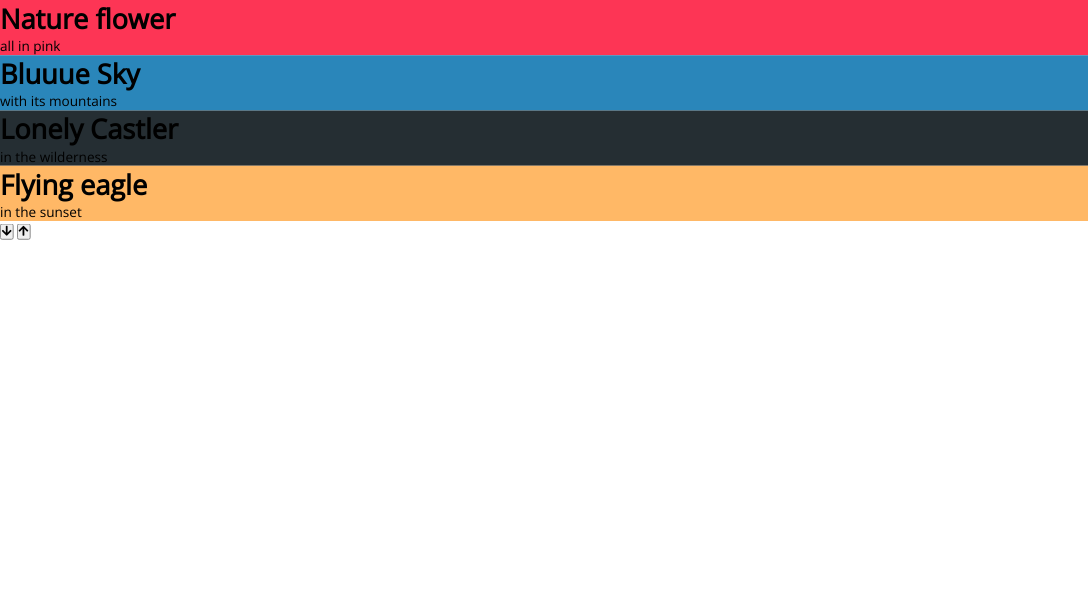
Repository: jt010051/Slider
Page: index.html
The author's editor kept a copy of each file at every save. The page is drawn from the files as they stood at one save, then again after the next save.
The browser window is 1280 px wide. The pictures show the whole page, at 85% of full size.
Pictures or frames that could not be fetched are drawn as grey boxes.

Above is the page before, as saved 2022-03-03 10:04:13.

After the next save:
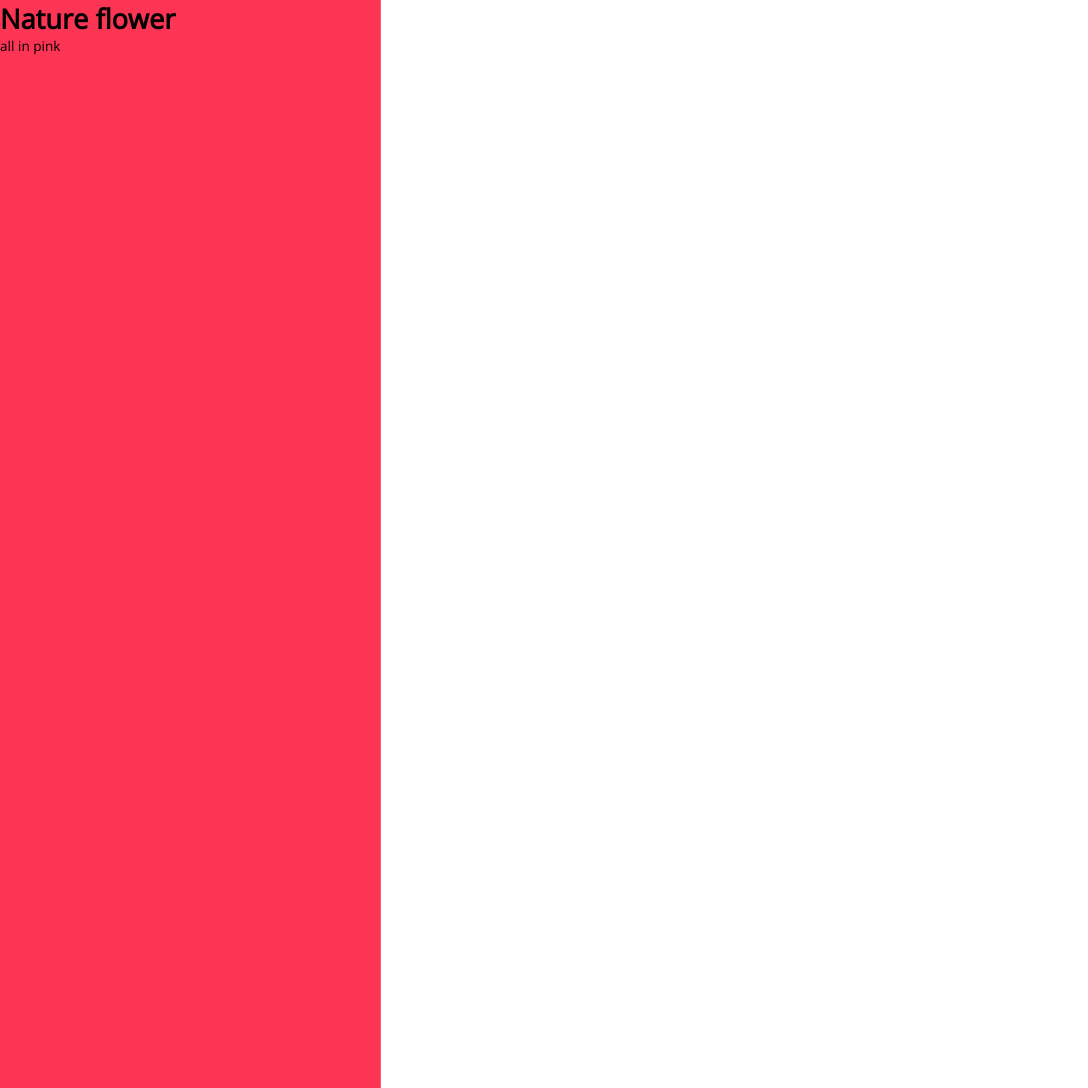
Saved 2 min 30 s later.
--- a/style.css
+++ b/style.css
@@ -12,3 +12,24 @@ body {
   height: 100vh;
 
 }
+
+.slider-container{
+
+    position: relative;
+    overflow: hidden;
+    width: 100vw;
+    height: 100vw;
+}
+
+.left-slide{
+height: 100%;
+width: 35%;
+position: absolute;
+top: 0;
+left: 0;
+}
+.left-slide>div{
+
+    height: 100%;
+    width: 100%;
+}
